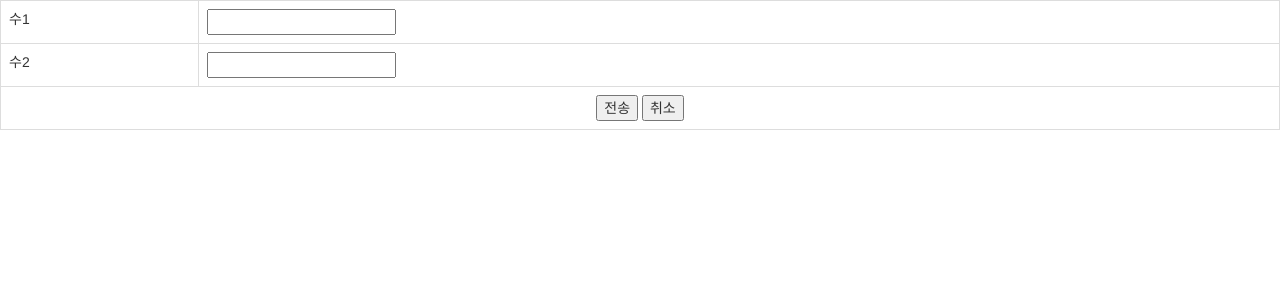
Repository: yhb131618/JAVA_WEB_PROJECT
Page: MVC01/WebContent/su.html
The author's editor kept a copy of each file at every save. The page is drawn from the files as they stood at one save, then again after the next save.
The browser window is 1280 px wide. The pictures show the whole page.

Above is the page before, as saved 2023-12-16 17:34:37.

After the next save:
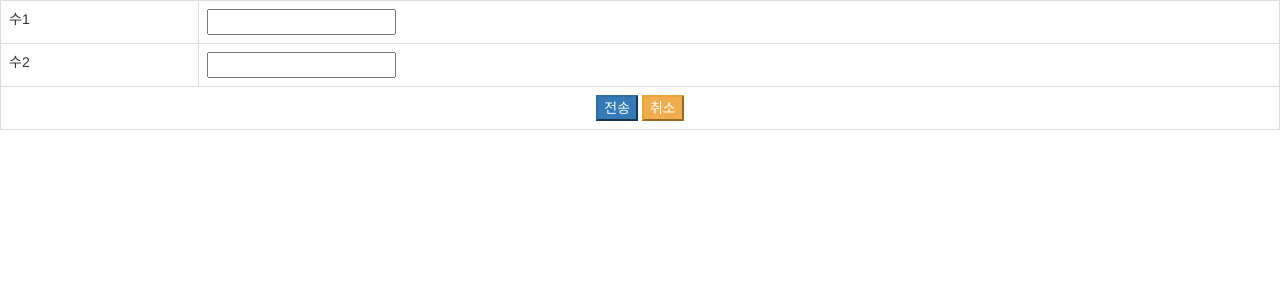
Saved 38 s later.
--- a/MVC01/WebContent/su.html
+++ b/MVC01/WebContent/su.html
@@ -20,8 +20,8 @@
 	</tr>
 	<tr>
 		<td colspan="2" align="center">
-			<input type="button" value="전송"/>
-			<input type="button" value="취소"/>
+			<input type="button" value="전송" class="bt btn-primary"/>
+			<input type="button" value="취소" class="bt btn-warning"/>
 		</td>
 	</tr>
 
